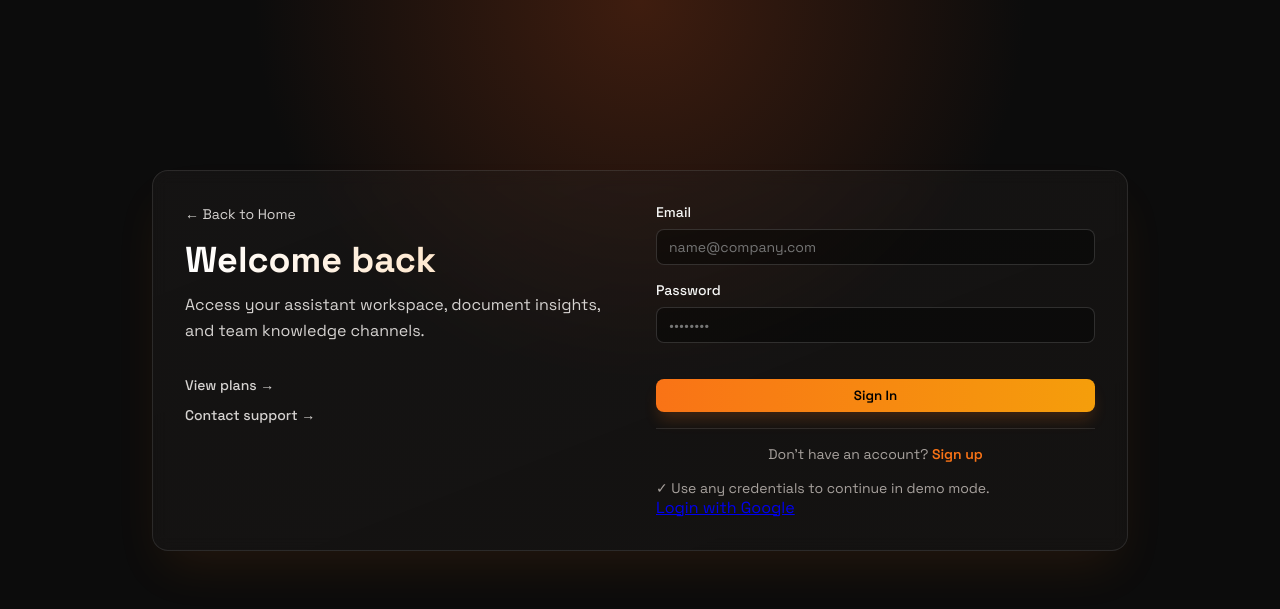
Repository: 4hmedshanu/RAG_Project_collage
Page: http://localhost/loginpage
These files come from the project's save history. The page is drawn as it stood at one moment and after the next save; the edit follows.
The browser window is 1280 px wide. The pictures show the whole page.
The page is this project's Thymeleaf template; nobody is signed in. The template is opened directly, without the code that normally fills it, so the values that code supplies are empty.

Above is the page before, as saved 2026-06-01 22:02:19.

After the next save:
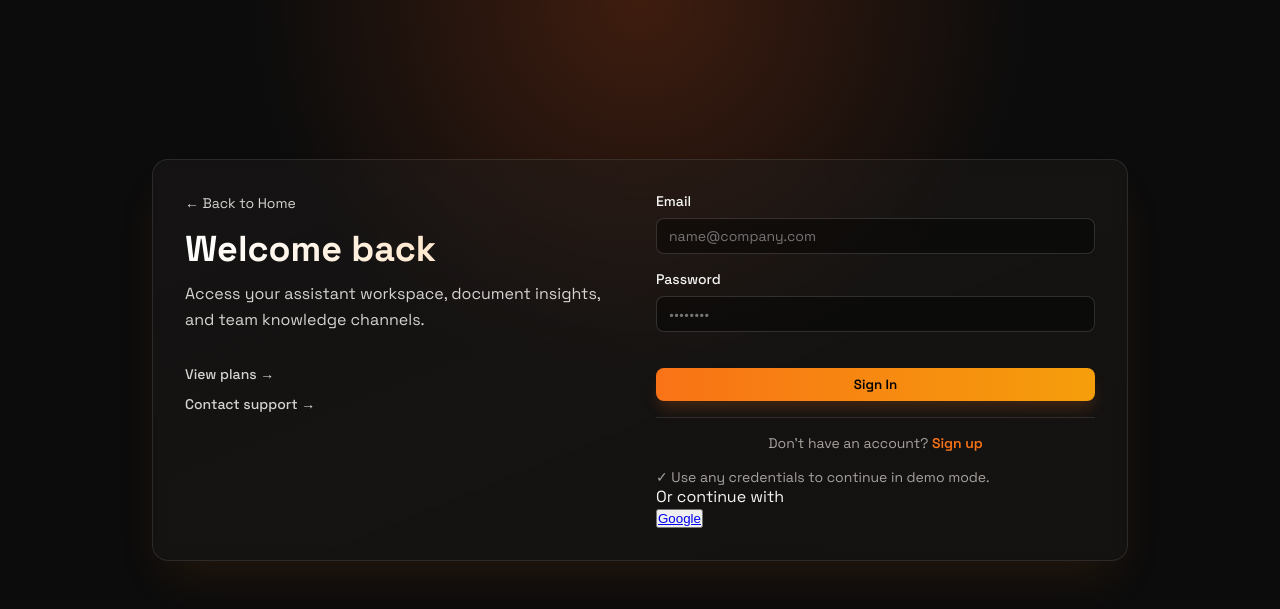
Saved 3 min 54 s later.
--- a/frontenddoc/src/main/resources/templates/loginpage.html
+++ b/frontenddoc/src/main/resources/templates/loginpage.html
@@ -37,7 +37,13 @@
           Don't have an account? <a href="/signup" class="link-brand">Sign up</a>
 
         <p id="note" class="note-text">✓ Use any credentials to continue in demo mode.</p>
-        <a href="/oauth2/authorization/google">Login with Google</a>
+        <div class="sso-section">
+          <p class="sso-text">Or continue with</p>
+          <div class="sso-buttons">
+            <button type="button" class="btn-sso"> <a href="/oauth2/authorization/google">Google</a></button>
+          </div>
+        </div>
+
       </form>
     </section>
   </main>
